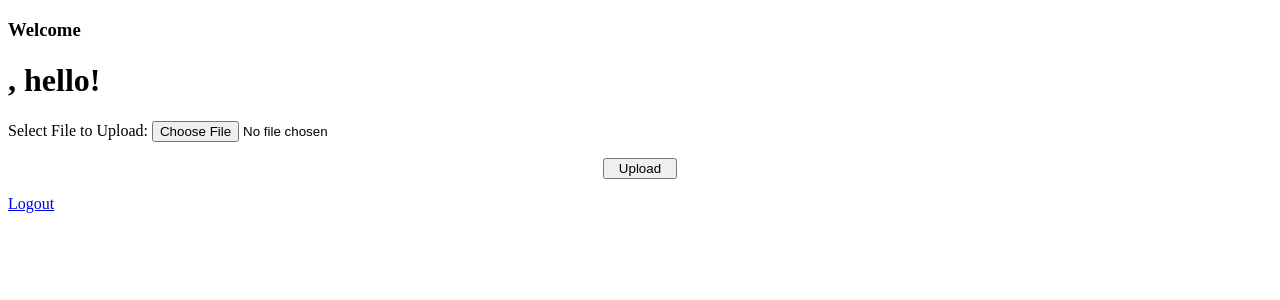
Repository: SvetlanaK367/TrainingJAVA
Page: http://localhost/FinalProject/jsp/main.jsp
These files come from the project's save history. The page is drawn as it stood at one moment and after the next save; the edit follows.
The browser window is 1280 px wide. The pictures show the whole page.
The page is served by Tomcat 9. Other server files are loaded and not shown.

Above is the page before, as saved 2017-04-02 18:12:57.

### FinalProject/WebContent/jsp/main.jsp
<%@ page language="java" contentType="text/html; charset=UTF-8"
    pageEncoding="UTF-8"%>
<!DOCTYPE html PUBLIC "-//W3C//DTD HTML 4.01 Transitional//EN" "http://www.w3.org/TR/html4/loose.dtd">
<html>
<head>
<meta http-equiv="Content-Type" content="text/html; charset=UTF-8">
<title>Welcome</title>
</head>
<body>
	<h3>Welcome</h3>
		<h1> ${user}, hello!</h1>

		<form action="Controller" method="post" enctype="multipart/form-data">
			<input type="hidden" name="command" value="FileUpload2" />
            Select File to Upload:
            <input type="file" name="fileName" id="file" /> <br/>
            <center><p><input type="submit" value="  Upload  " name="upload" id="upload" /></p></center>
        </form>

	<a href="controller?command=logout">Logout</a>
</body>
</html>

After the next save:
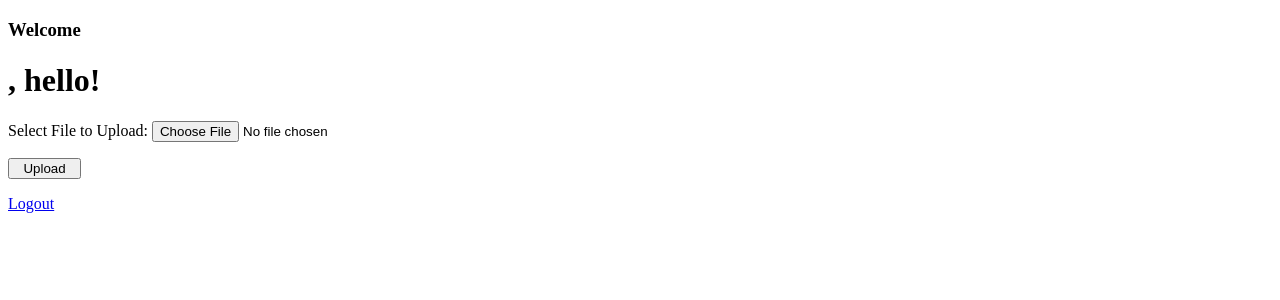
Saved 57 s later.
--- a/FinalProject/WebContent/jsp/main.jsp
+++ b/FinalProject/WebContent/jsp/main.jsp
@@ -14,7 +14,7 @@
 			<input type="hidden" name="command" value="FileUpload2" />
             Select File to Upload:
             <input type="file" name="fileName" id="file" /> <br/>
-            <center><p><input type="submit" value="  Upload  " name="upload" id="upload" /></p></center>
+            <p><input type="submit" value="  Upload  " name="upload" id="upload" /></p>
         </form>
 
 	<a href="controller?command=logout">Logout</a>
